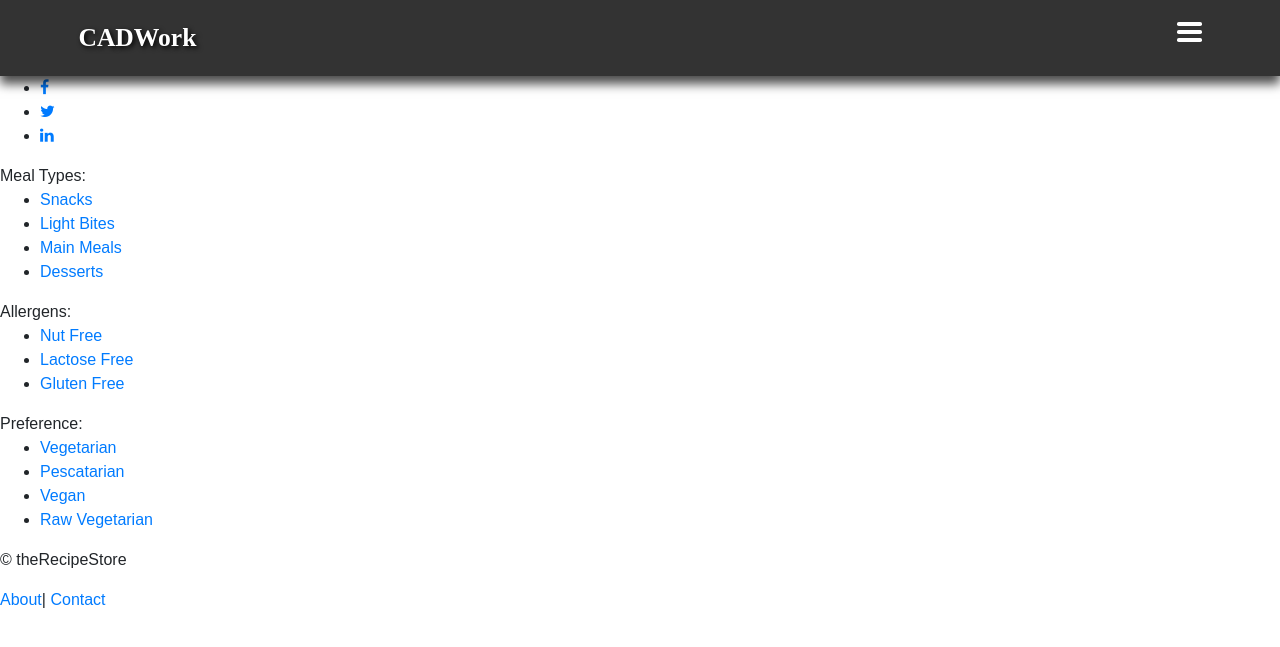
Repository: JShad30/cadwork
Page: templates/base.html
The author's editor kept a record of every edit. The page is drawn from the files as they stood at one moment, then again after the next edit.
The browser window is 1280 px wide. The pictures show the whole page.
The template is drawn by Django 2.2. The application's start-up code is not run. Other server files are loaded and not shown. The template is opened directly, without the code that normally fills it, so the values that code supplies are empty.

Above is the page before.

### templates/base.html
{% load static %}
<!DOCTYPE html>
<html lang="en">

<head>
	<!--Meta descriptions-->
    <meta charset="UTF-8">
    <meta name="viewport" content="width=device-width, initial-scale=1.0">
    <meta http-equiv="X-UA-Compatible" content="ie=edge">
    <meta name="description" content="Upload jobs and find a CAD Professional for your project">

    <!--Website title and description-->
    <title>CADWork</title>

    <!--Links to font awesome used for social icons and the css file and the bootstrap framework-->
    <link rel="stylesheet" href="https://stackpath.bootstrapcdn.com/bootstrap/4.3.1/css/bootstrap.min.css" integrity="sha384-ggOyR0iXCbMQv3Xipma34MD+dH/1fQ784/j6cY/iJTQUOhcWr7x9JvoRxT2MZw1T" crossorigin="anonymous">
    <link rel="stylesheet" href="https://cdnjs.cloudflare.com/ajax/libs/font-awesome/4.7.0/css/font-awesome.min.css">
    <link rel="stylesheet" href="{% static 'css/styles.css' %}">
</head>

<!--This html page will have the navbar and footer that will be used on every one of the pages-->
<body>

    <nav class="navbar">
        <div class="navbar-container">
            <div class="navbar-logo-label">
            	<!--Logo will link back to the home page-->
                <div class="navbar-logo">
                    <a href="{% url 'index' %}">CADWork</a>
                </div>
                <!--Navbar burger icon created so that effect can take place on mobile view-->
                <div id="navbar-dropdown" class="navbar-dropdown">
					<span class="line line1"></span>
					<span class="line line2"></span>
					<span class="line line3"></span>
                </div>
            </div>
            <div class="navbar-links">
	            <a class="dropdown-content-button" href="#">Home</a>
                <a id="jobs-dropdown-link" class="dropdown-content-button" href="#">Jobs</a>
                <div id="jobs-dropdown" class="dropdown-content">
	                <a class="dropdown-content-link" href="#">Upload</a>
	                <a class="dropdown-content-link" href="#">Bid</a>
	            </div>
                <a class="dropdown-content-button" href="#">Blog</a>
	            <a class="dropdown-content-button" href="#">Shop</a>

                <!--Buttons that link to pages allowing the user to sign up or login to their membership area-->
                {% if user.is_authenticated %}
                <!--Account link which only appears if user is logged in-->
                <a id="meal-type" class="dropdown-content-button" href="#">Account</a>
                <a class="btn btn-dark" href="#" role="button">Log Out</a>

	            {% else %}
	            <a class="btn btn-primary" href="#" role="button">Sign Up</a>
	            <a class="btn btn-secondary" href="#" role="button">Log In</a>
	            {% endif %}

	            <!--The following lines will only appear in mobile views-->
	            <div class="horizontal-rule-divider">
	            	<div class="navbar-contents-seperate"></div>
	            </div>
	            <!--Social links in destop views wil be attached to the side of the page-->
	            <div class="navbar-link">
	                <div id="social" class="dropdown-content">
	                	<a class="social-link" href="https://www.facebook.com/" target="_blank"><i class="fa fa-facebook"></i></a>
	                	<a class="social-link" href="https://twitter.com/" target="_blank"><i class="fa fa-twitter"></i></a>
	                	<a class="social-link" href="https://www.linkedin.com/?hl=en" target="_blank"><i class="fa fa-linkedin"></i></a>
	                </div>
	            </div>

	            <!--Contact and about page only appears in mobile views-->
	            <div class="contact-about-navbar">
	            	<div class="contact-about-navbar-links">
		                <a id="about-navbar" class="contact-about-link" href="#">About</a>
		                <a id="contact-navbar" class="contact-about-link" href="#">Contact</a>
		                <span class="contact-about-link">&#169; 2019 CADWork</span>
		            </div>
	            </div>

            </div>
        </div>
    </nav>

    <!--These social icons only display where the website is being displayed on mobile views -->
    <div class="icon-bar-desktop-views">
		<a href="https://www.facebook.com/" target="_blank" class="icon-bar-facebook"><i class="fa fa-facebook"></i></a>
		<a href="https://twitter.com/" target="_blank" class="icon-bar-twitter"><i class="fa fa-twitter"></i></a>
		<a href="https://www.linkedin.com/?hl=en" target="_blank" class="icon-bar-linkedin"><i class="fa fa-linkedin"></i></a>
	</div>

    {% block content %}
    {% endblock %}

    <footer class="footer">
		<div class="footer-container">
			<!--Social links at the top of the footer-->
			<div class="footer-social">
                <ul class="social-links">
                    <li class="social"><a class="dropdown-content-link social-link" href="https://www.facebook.com/" target="_blank"><i class="fa fa-facebook"></i></a></li>
                    <li class="social"><a class="dropdown-content-link social-link" href="https://twitter.com/" target="_blank"><i class="fa fa-twitter"></i></a></li>
                    <li class="social"><a class="dropdown-content-link social-link" href="https://www.linkedin.com/?hl=en" target="_blank"><i class="fa fa-linkedin"></i></a></li>
                </ul>
            </div>
            <!--Links at the top of the footer section-->
			<div class="footer-top-primary-links">
				<!--Select the recipes by meal type-->
				<div class="footer-section">
					<div class="meal-types-footer-links footer-list-title" id="meal-types-footer-dropdown">Meal Types:</div>
					<ul class="meal-types-subject-links footer-list" id="meal-types-list">
						<li class="footer-list-item"><a class="footer-list-link" href="#">Snacks</a></li>
						<li class="footer-list-item"><a class="footer-list-link" href="#">Light Bites</a></li>
						<li class="footer-list-item"><a class="footer-list-link" href="#">Main Meals</a></li>
						<li class="footer-list-item"><a class="footer-list-link" href="#">Desserts</a></li>
					</ul>
				</div>
				<!--Select recipes by allergen requirements-->
				<div class="footer-section">
					<div class="allergens-footer-links footer-list-title" id="allergens-footer-dropdown">Allergens:</div>
					<ul class="allergens-subject-links footer-list" id="allergens-list">
						<li class="footer-list-item"><a class="footer-list-link" href="#">Nut Free</a></li>
						<li class="footer-list-item"><a class="footer-list-link" href="#">Lactose Free</a></li>
						<li class="footer-list-item"><a class="footer-list-link" href="#">Gluten Free</a></li>
					</ul>
				</div>
				<!--Allow the user to select the pages that show the most recent and the most popular recipes-->
				<div class="footer-section">
					<div class="search-footer-links footer-list-title" id="search-footer-dropdown">Preference:</div>
					<ul class="search-subject-links footer-list" id="search-list">
						<li class="footer-list-item"><a class="footer-list-link" href="/vegetarian">Vegetarian</a></li>
						<li class="footer-list-item"><a class="footer-list-link" href="/pescatarian">Pescatarian</a></li>
						<li class="footer-list-item"><a class="footer-list-link" href="/vegan">Vegan</a></li>
						<li class="footer-list-item"><a class="footer-list-link" href="/raw_vegetarian">Raw Vegetarian</a></li>
					</ul>
				</div>
			</div>
			<!--Horizontal rule between the top section of the footer and the bottom statements-->
			<div class="horizontal-rule-footer">
	          	<div class="footer-contents-separate"></div>
	        </div>
	        <!--Bottom section of the footer-->
            <div class="footer-statement">
            	<!--Copyright statement-->
            	<p class="statement">&#169; theRecipeStore</p>
            	<div class="footer-contact-about">
					<p class="footer-contact-about-links">
						<!--Links to the contact and about pages-->
						<span class="footer-contact-about-links-span"><a id="about-footer" class="terms-about-link" href="#">About</a></span><span class="footer-contact-about-links-divider">|</span>
			            <span class="footer-contact-about-links-span"><a id="contact-footer" class="terms-about-link" href="#">Contact</a></span>
			        </p>
				</div>
            </div>
		</div>
	</footer>

    <!--Scripts to run-->
    <script src="https://code.jquery.com/jquery-3.3.1.slim.min.js" integrity="sha384-q8i/X+965DzO0rT7abK41JStQIAqVgRVzpbzo5smXKp4YfRvH+8abtTE1Pi6jizo" crossorigin="anonymous"></script>
    <script src="https://cdnjs.cloudflare.com/ajax/libs/popper.js/1.14.7/umd/popper.min.js" integrity="sha384-UO2eT0CpHqdSJQ6hJty5KVphtPhzWj9WO1clHTMGa3JDZwrnQq4sF86dIHNDz0W1" crossorigin="anonymous"></script>
    <script src="https://stackpath.bootstrapcdn.com/bootstrap/4.3.1/js/bootstrap.min.js" integrity="sha384-JjSmVgyd0p3pXB1rRibZUAYoIIy6OrQ6VrjIEaFf/nJGzIxFDsf4x0xIM+B07jRM" crossorigin="anonymous"></script>
    <script src="../static/js/navbar.js"></script>
    <script src="../static/js/navbar-contents.js"></script>

</body>

</html>

### static/css/styles.css
/*Font style imports*/

/*Colours to use in site*/
/*
blue colour - #3749B0
dark grey - #333333
White colour - #FAFAFA
*/

/*Importing the fonts */

/* Open Sans font to be used throughout the site */
@import url('https://fonts.googleapis.com/css?family=Open+Sans:400,600&display=swap');

/* Titillium web to be used for the headers throughout the site */
@import url('https://fonts.googleapis.com/css?family=Titillium+Web:400,700&display=swap');

/* Global styles styles*/

* {
    margin: 0;
    font-family: "", sans-serif;
}

h1, h2, h3, h4, h5, h6 {
    font-family: "Titillium Web", sans-serif;
}







/*---------- Navbar ----------*/
.navbar {
    position: sticky;
    top: 0;
	width: 100%;
    background-color: #333333;
    display: flex;
    flex-direction: column;
    justify-content: center;
    align-items: center;
    z-index: 10;
    box-shadow: 0px 8px 10px 0px rgba(0,0,0,0.7);
}

.navbar-container {
    margin: 0 10px;
    width: 90%;
    height: 100%;
    display: flex;
    flex-direction: column;
    align-items: space-between;
}

.navbar-logo-label {
	height: 60px;
    display: flex;
    flex-direction: row;
    align-items: center;
    justify-content: space-between;
}

.navbar-logo a {
	display: flex;
	align-items: center;
	font-family: "Kalam", cursive;
	font-size: 1.6em;
	font-weight: 700;
	color: #FFFFFF;
	text-decoration: none;
	transition-duration: 0.1s;
    transition-timing-function: ease-in-out;
    text-shadow: 2px 2px 5px #000000;
}

.navbar-logo a:hover {
    transition-property: color;
    transition-duration: 0.1s;
    transition-timing-function: ease-in-out;
    color: #80C0B8;
}

/*Navbar burger icon*/
.navbar-dropdown {
    width: 50px;
	font-size: 1.8em;
    display: flex;
    justify-content: flex-end;
    cursor: pointer;
}

.line {
    position: absolute;
    height: 3.5px;
    width: 25px;
    background-color: #FFFFFF;
    border-radius: 1.75px;
    transition: all ease-in-out 0.2s;
}

.line1 {
    top: 22px;
}

.line2 {
    top: 30px;
}

.line3 {
    top: 38px;
}

/*Controlling the cross effect when the burger menu is selected in mobile views*/
.navbar-dropdown.close .line1{
    transform: rotate(45deg);
    top: 30px;
}

.navbar-dropdown.close .line2,
.navbar-dropdown.close .line3 {
    transform: rotate(-45deg);
    top: 30px;
}

/*Navbar dropdown links*/
.navbar-links {
	display: none;
    margin-top: 10px;
}

.navbar-links div a {
	height: inherit;
    display: flex;
    align-items: center;
    margin: 5px;
    text-decoration: none;
    color: #FFFFFF;
    font-size: 1.2em;
    line-height: 1.4em;
    transition-duration: 0.1s;
    transition-timing-function: ease-in-out;
    text-shadow: 1px 1px 10px #333333;
}

.navbar-links .navbar-link a:hover {
    transition-property: color;
    color: #80C0B8;
    transition-timing-function: ease-in-out;
    transition-duration: 0.1s;
}

.navbar-links.active {
	display: flex;
	flex-direction: column;
    align-items: center;
    justify-content: center;
}

.dropdown-content-button {
    cursor: pointer;
}

/*Navbar dropdown appearance*/

.dropdown-content {
    display: flex;
    min-width: 150px;
    z-index: 1;
    padding: 0 10px;
}

/*Controlling the dropdown content*/

.dropdown-content .dropdown-content-link {
	font-family: "Roboto", sans-serif;
    line-height: 1.4em;
	font-size: 1em;
	transition-property: color;
	transition-duration: 0.1s;
	transition-timing-function: ease-in-out;
	margin-left: 10px;
}

.dropdown-content .dropdown-content-link:hover {
	color: #80C0B8;
	transition-property: color;
	transition-duration: 0.1s;
	transition-timing-function: ease-in-out;
}

/*Login and sign up buttons*/

.navbar-link-buttons {
    width: 100%;
    height: 50px;
    display: flex;
    flex-direction: row;
    justify-content: center;
    align-items: center;
    margin: 20px 0 10px 0;
}

.sign-up-login-button {
    height: 40px;
    width: 100px;
    display: flex;
    justify-content: center;
    align-items: center;
    cursor: pointer;
    border-radius: 10px;
    text-transform: uppercase;
    color: #FFFFFF;
    margin: 0 10px;
    font-family: "Kalam", cursive;
    font-size: 1.1em;
    font-weight: 700;
    transition-timing-function: ease-in-out;
    transition-duration: 0.1s;
}

.sign-up-login-button:hover {
    transition-property: background-color;
    transition-timing-function: ease-in-out;
    transition-duration: 0.1s;
}

#sign-up {
    background-color: #C09380;
}

#sign-up:hover {
    background-color: #614437;
}

#login {
    background-color: #80C0B8;
}

#login:hover {
    background-color: #4E7570;
}

#logout {
    background-color: #808080;
}

#logout:hover {
    background-color: #404040;
}

.sign-up-login-button a {
    height: inherit;
    width: inherit;
    display: flex;
    justify-content: center;
    align-items: center;
    border-radius: inherit;
}

/*Search for section active and non active states for navbar-contents.js*/
#search-link-dropdown {
    display: none;
}

#search-link-dropdown.active {
    display: flex;
}

/*Meal Type section active and non active states for navbar-contents.js*/
#meal-type-dropdown {
    display: none;
}

#meal-type-dropdown.active {
    display: flex;
}

/*Allergens section active and non active states for navbar-contents.js*/
#allergens-dropdown {
    display: none;
}

#allergens-dropdown.active {
    display: flex;
}

/*Social media links*/

.dropdown-content .social-link {
    margin: 10px;
}

/*contact and Conditions/About/ horizontal line appearing in mobile view*/

/*Social links in mobile view*/
#social {
    display: flex;
    flex-direction: row;
    justify-content: center;
    align-items: center;
    width: 100%;
    padding: 0;
    margin: 20px 0 30px 0;
}

.navbar-link div a i {
    font-size: 1.7em;
}

/*Horizontal line that appears in mobile views*/
.horizontal-rule-divider {
    display: flex;
    align-items: center;
    justify-content: center;
    margin-top: 30px;
}

.navbar-contents-seperate {
    width: 50%;
    height: 1px;
    background-color: #FFFFFF;
    border: 0;
}

/*Links to contact and about page*/
.contact-about-navbar {
    margin: 15px 0;
}

.contact-about-navbar-links {
    display: flex;
    flex-direction: column;
    justify-content: center;
    align-items: flex-start;
}

.contact-about-navbar div a,
.contact-about-navbar div span {
    margin: 2px 5px;
    color: #FFFFFF;
    font-size: 0.8em;
    font-family: "Roboto", sans-serif;
    transition-property: color;
    transition-duration: 0.1s;
    transition-timing-function: ease-in-out;
    line-height: 1.5em;
}

.contact-about-navbar div a:hover {
    transition-property: color;
    transition-duration: 0.1s;
    transition-timing-function: ease-in-out;
    color: #80C0B8;
}
/*---------- End of Navbar ----------*/







/* Social icons at the side of the page in desktop views */
.icon-bar-desktop-views {
    top: 40%;
    position: fixed;
    -webkit-transform: translateY(-50%);
    -ms-transform: translateY(-50%);
    transform: translateY(-50%);
}

.icon-bar-desktop-views a {
    display: none;
    text-align: center;
    transition-timing-function: ease-in-out;
    padding: 10px 12px;
    transition-duration: 0.1s;
    color: white;
    font-size: 25px;
}

.icon-bar-facebook {
    background-color: #3B5998;
    color: #FAFAFA;
    width: 30px;
}

.icon-bar-twitter {
    background-color: #55ACEE;
    color: #FAFAFA;
    width: 30px;
}

.icon-bar-linkedin {
    background-color: #007bb5;
    color: #FAFAFA;
    width: 30px;
}

.icon-bar-facebook:hover,
.icon-bar-twitter:hover,
.icon-bar-linkedin:hover {
    padding-left: 30px;
}
/*---------- End of social icons at the side of the page in desktop views ----------*/







/* Footer */
/*---------- End of Footer ----------*/









/*---------- Larger screen sizes ----------*/
/* Horizontal mobile screens */
@media(min-width: 500px) {
}

/*tablet screens*/
@media(min-width: 768px) {
}

/*Large tablet and small laptop screens*/
@media(min-width: 992px) {
}

/*Larger laptop and desktop screens*/
@media(min-width: 1224px) {
}

### static/js/navbar.js
var width = $(window).width(); // Setting the window of the screen as a variable

//Adding and removeing the classes
$(document).ready(function() {
    $("#navbar-dropdown").on("click", function() {
    	$(this).toggleClass("close");
		$(".navbar-links").slideToggle("fast");
	});
});

// Reset page when window size changes
$(window).resize(function() {
    location.reload(true)
});

Loaded but not shown: static/js/navbar-contents.js (no copy from this time; the picture is the same without it)

After the next edit:
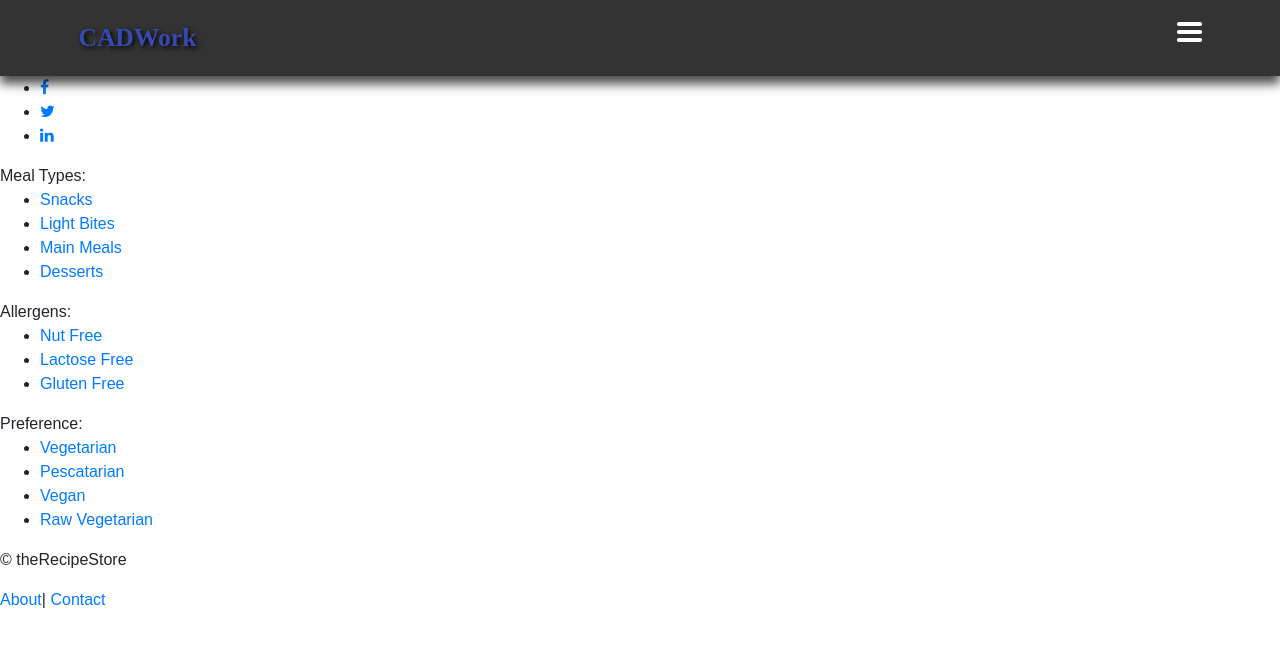
The edit:
--- a/static/css/styles.css
+++ b/static/css/styles.css
@@ -69,7 +69,7 @@
 	font-family: "Kalam", cursive;
 	font-size: 1.6em;
 	font-weight: 700;
-	color: #FFFFFF;
+	color: #3749B0;
 	text-decoration: none;
 	transition-duration: 0.1s;
     transition-timing-function: ease-in-out;
